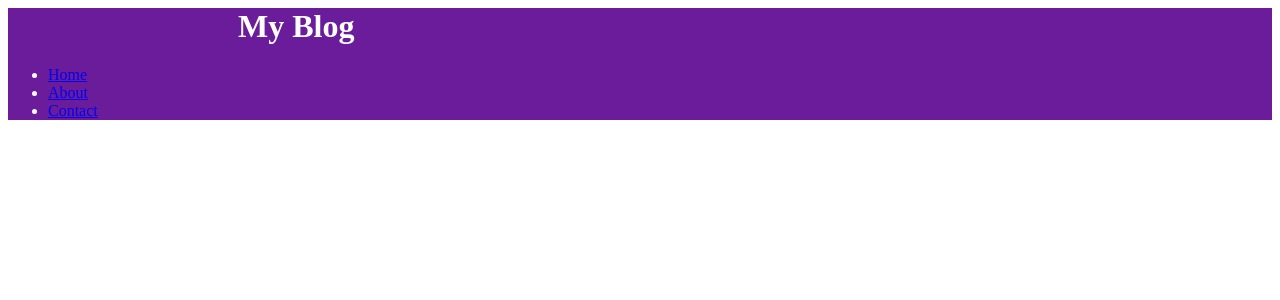
Repository: Femi007-gh/BLOG
Page: index.html
These files come from the project's save history. The page is drawn as it stood at one moment and after a run of saves; the edit follows.
The browser window is 1280 px wide. The pictures show the whole page.

Above is the page before, as saved 2025-01-08 06:47:50.

After the next 2 saves:
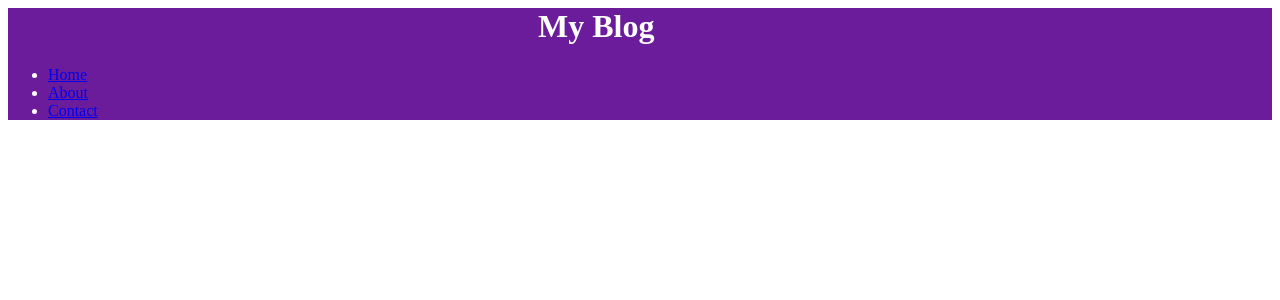
The 2 saves are shown as one change because they came seconds apart.
The last was saved 7 s later.
--- a/style.css
+++ b/style.css
@@ -4,5 +4,5 @@ header {
 }
 
 h1 {
-  margin-left: 230px;
+  margin-left: 530px;
 }
